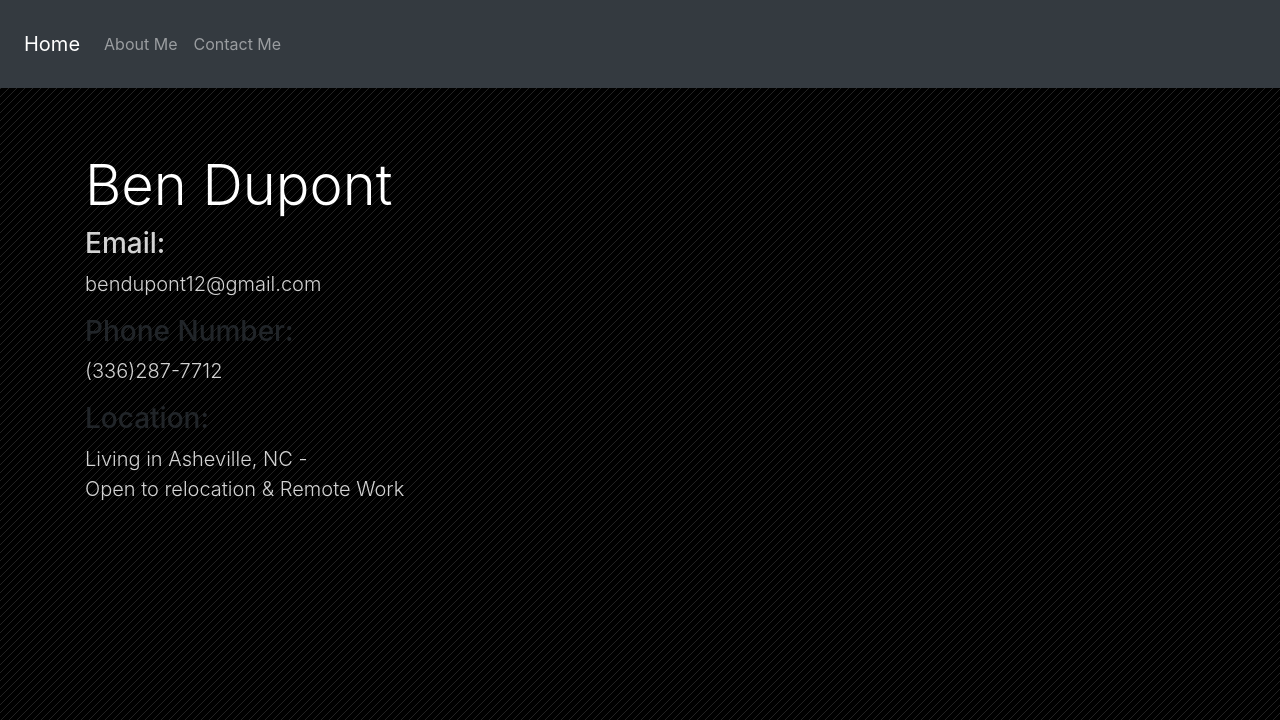
Repository: dupbd/portfolioWebPage
Page: BensSite/src/main/resources/static/contact.html
These files come from the project's save history. The page is drawn as it stood at one moment and after the next save; the edit follows.
The browser window is 1280 px wide. The pictures show the whole page.

Above is the page before, as saved 2021-02-08 22:19:53.

After the next save:
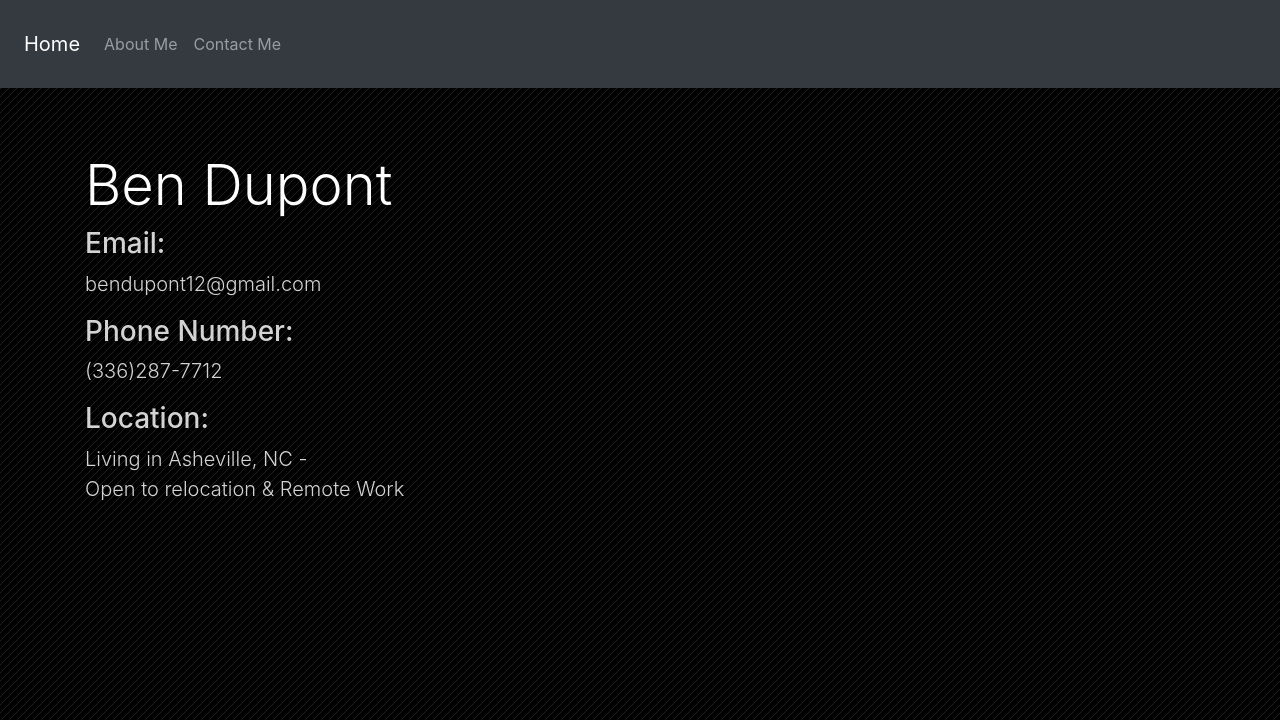
Saved 24 s later.
--- a/BensSite/src/main/resources/static/contact.html
+++ b/BensSite/src/main/resources/static/contact.html
@@ -33,9 +33,9 @@
 <h1 class="display-4">Ben Dupont</h1>
 <h3 style="color: lightgrey;">Email:</h3>
 <p class="lead">bendupont12@gmail.com</p>
-<h3>Phone Number:</h3>
+<h3 style="color: lightgrey;">Phone Number:</h3>
 <p class="lead">(336)287-7712</p>
-<h3>Location:</h3>
+<h3 style="color: lightgrey;">Location:</h3>
 <p class="lead">Living in Asheville, NC - <br>Open to relocation & Remote Work</p>
 </div>
 </div>
